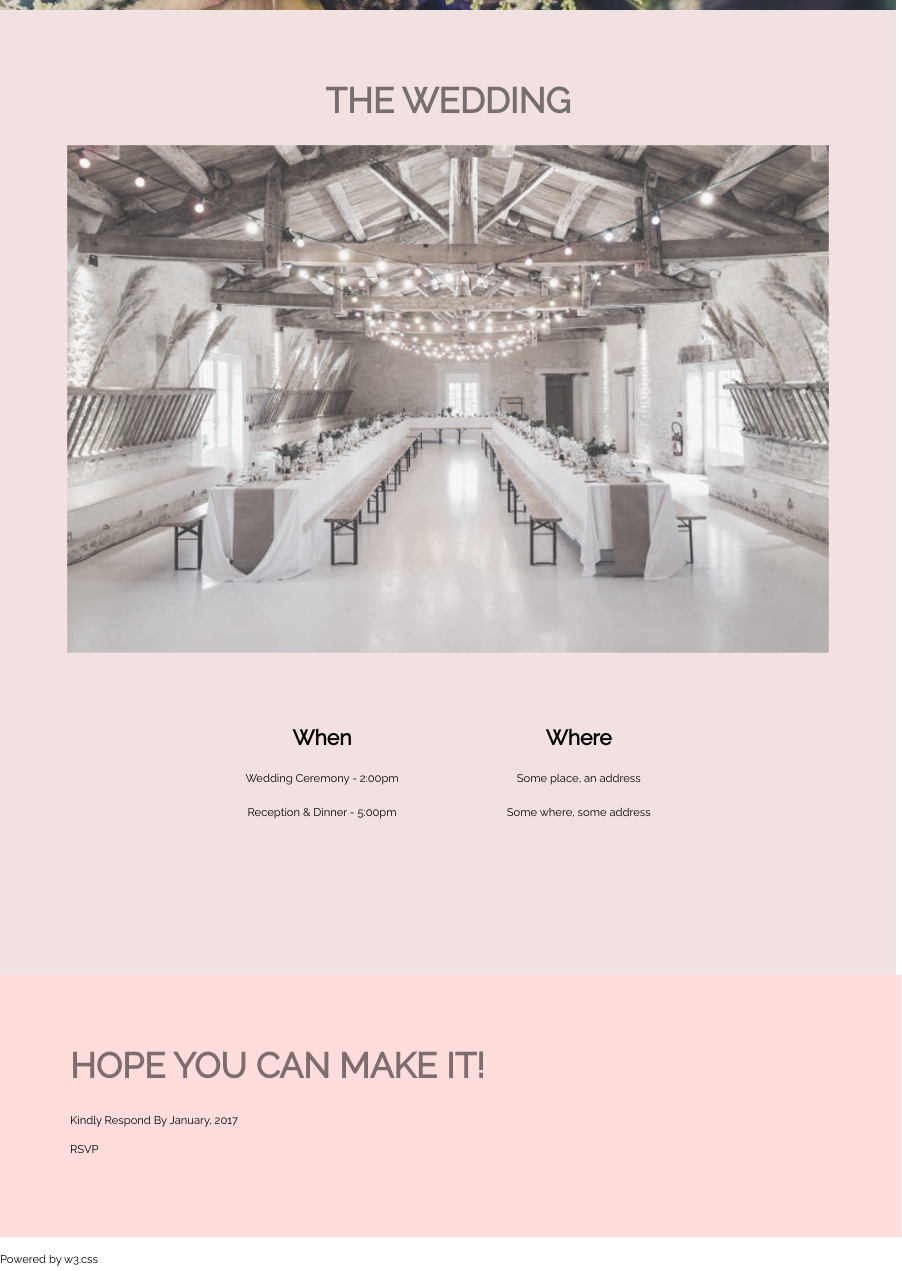
Repository: hesshess/clonecoding-assignment
Page: 4-wedding-invitation/template4.html
An editor plug-in stored every save of this project. The page is shown before and after the next save, followed by the edit.
The browser window is 1280 px wide. The page is 1288 px wide, so the pictures cover 1288 px, including what lies to the right of the window. The pictures show the part of the page from y = 2608 to 4488 px (the page is 4424 px tall before and 4488 px after), at 70% of full size.

Above is the page before, as saved 2022-03-17 18:42:40.

### 4-wedding-invitation/template4.html
<!DOCTYPE html>
<html>
<head>
<title>W3.CSS Template</title>
<meta charset="UTF-8">
<meta name="viewport" content="width=device-width, initial-scale=1">
<link rel="stylesheet" href="./template4.css">
<link rel="stylesheet" href="https://fonts.googleapis.com/css?family=Raleway">
<style>
</style>
</head>
<body>

<!-- Header / Home-->
<header class="bgimg full" style="background-image: url('./img/wedding_couple.jpg');" id="home">
    <h1 >Jane & John</h1>
    <h2>Are getting married</h2>
    <h2><b>17.07.2017</b></h2>
</header>

<!-- Navbar (sticky bottom) -->

  <nav>
    <a href="#home">Home</a>
    <a href="#us" >Jane & John</a>
    <a href="#wedding">Wedding</a>
    <a href="#rsvp">RSVP</a>
  </nav>


<!-- About / Jane And John -->
<div  id="us">
  <div class="center">
    <h1 >Jane & John</h1>
    <img  src="./img/wedding_couple2.jpg">
    <p><i>You all know us. And we all know you. We are getting married lorem ipsum dolor sit amet, consectetur adipiscing elit, sed do eiusmod tempor incididunt ut labore et dolore magna aliqua. Ut enim ad minim veniam, quis nostrud exercitation ullamco laboris nisi ut aliquip ex ea commodo consequat. Excepteur sint
      occaecat cupidatat non proident, sunt in culpa qui officia deserunt mollit anim id est laborum consectetur adipiscing elit, sed do eiusmod tempor incididunt ut labore et dolore magna aliqua. Ut enim ad minim veniam, quis nostrud exercitation ullamco
      laboris nisi ut aliquip ex ea commodo consequat.</i>
    </p><br>
    <p ><a href="#wedding" >Wedding Details</a></p>
  </div>
</div>

<!-- Background photo -->
<div class="bgimg2 full" style ="background-image: url('./img/flowers.jpg');">
  <div >
    <h1 >You Are Invited</h1><br>
    <h2>Of course..</h2>
  </div>
</div>

<!-- Wedding information -->
<div  id="wedding">
  <div class="center">
    <h1 >THE WEDDING</h1>
    <img  src="./img/wedding_location.jpg" s>
    <div class="when-where">
      <div  >
        <h2>When</h2>
        <p>Wedding Ceremony - 2:00pm</p>
        <p>Reception & Dinner - 5:00pm</p>
      </div>
      <div >
        <h2>Where</h2>
        <p>Some place, an address</p>
        <p>Some where, some address</p>
      </div>
    </div>
  </div>
</div>

<!-- RSVP section -->
<div  id="rsvp" class="center">
  <h1>HOPE YOU CAN MAKE IT!</h1>
  <p >Kindly Respond By January, 2017</p>
  <p >
    <div>RSVP</div>
  </p>
</div>

<!-- Footer -->
<footer >
  <p>Powered by w3.css</p>
</footer>

</body>
</html>

### 4-wedding-invitation/template4.css
@charset "UTF-8";
body,
h1,
h2 {
  font-family: 'Raleway', sans-serif;
  margin-top: 0;
}
body,
html {
  box-sizing: border-box;
  margin: 0;
  height: 100%;
}
h1 {
  font-size: 50px;
}
h2 {
  font-size: 30px;
}
h3 {
  font-size: 25px;
  font-weight: 100;
}
h4 {
  font-size: 20px;
}
h5 {
  font-size: 15px;
}
h6 {
  font-size: 10px;
}
p {
  line-height: 2;
}
a {
  padding: 10px 70px;
  text-decoration: none;
  color: black;
}
a:hover {
  background-color: lightgray;
  border-radius: 1px;
  color: black;
}
.bgimg,
.bgimg2 {
  min-height: 100%;
  background-position: center;
  background-size: cover;
}
.full {
  height: 100%;
  width: 100%;
  display: flex;
  flex-direction: column;
  justify-content: center;
  align-items: center;
  color: white;
  letter-spacing: 5px;
}
nav {
  box-sizing: border-box;
  width: 100vw;
  display: flex;
  padding: 5px 0;
  justify-content: space-around;
  position: fixed;
  bottom: 0;
  background-color: white;
  z-index: 2;
  opacity: 0.8;
}
#us,
#wedding {
  background-color: #f1e1e1;
  display: flex;
  flex-direction: column;
  justify-content: center;
  align-items: center;
  text-align: center;
}
img {
  width: 100%;
}

.center {
  width: 85%;
  padding: 100px;
}
.center > h1 {
  opacity: 0.5;
}
.center > img {
  opacity: 0.9;
  filter: grayscale(80%);
}
p > a {
  padding: 20px;
  border-radius: 5px;
  background-color: black;
  color: white;
}

.when-where {
  box-sizing: border-box;
  padding: 100px;
  display: flex;
  justify-content: space-evenly;
  align-items: center;
}
#rsvp {
  background-color: #ffdddd;
}

After the next save:
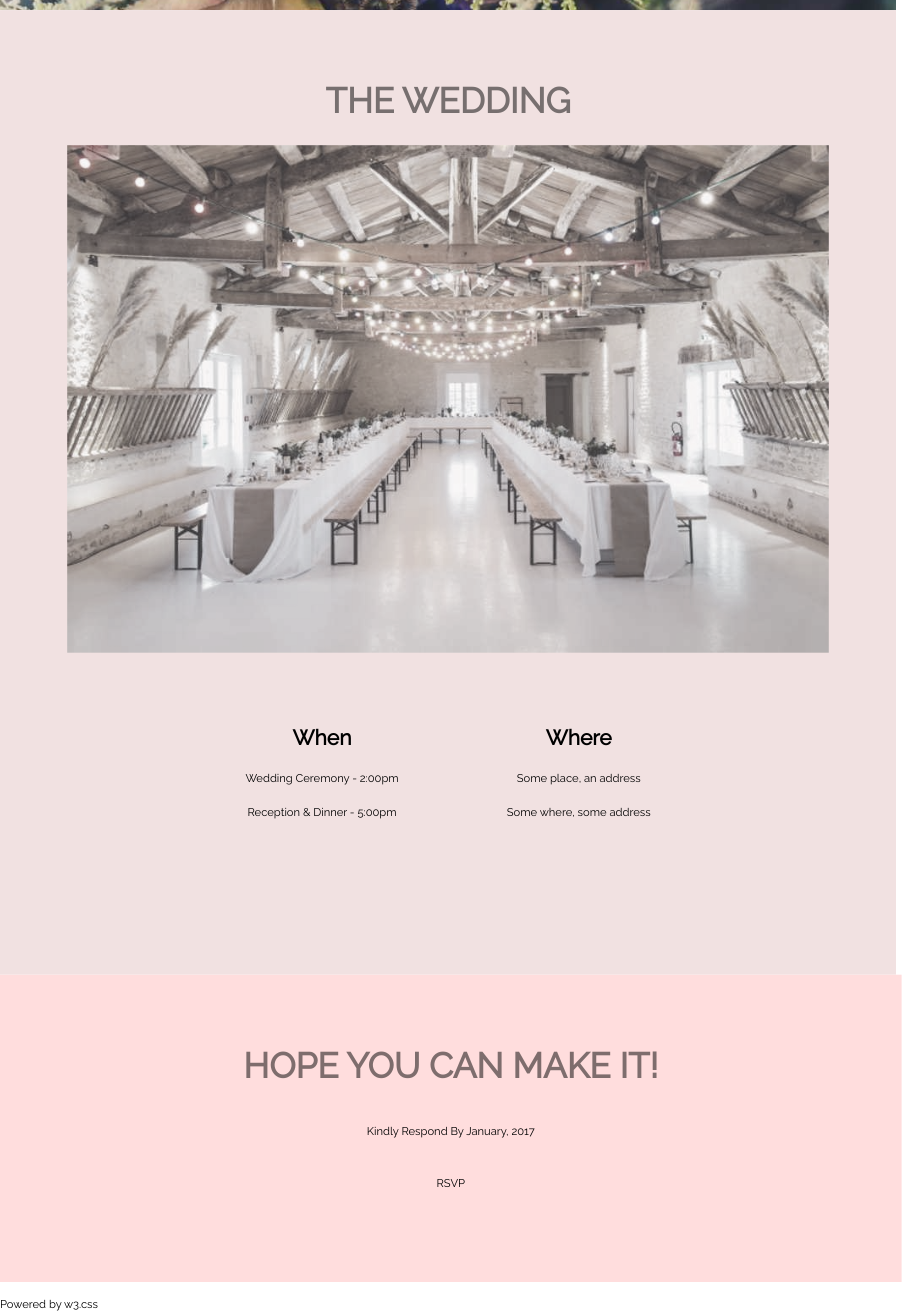
Saved 34 s later.
--- a/4-wedding-invitation/template4.css
+++ b/4-wedding-invitation/template4.css
@@ -72,7 +72,8 @@ nav {
   opacity: 0.8;
 }
 #us,
-#wedding {
+#wedding,
+#rsvp {
   background-color: #f1e1e1;
   display: flex;
   flex-direction: column;
